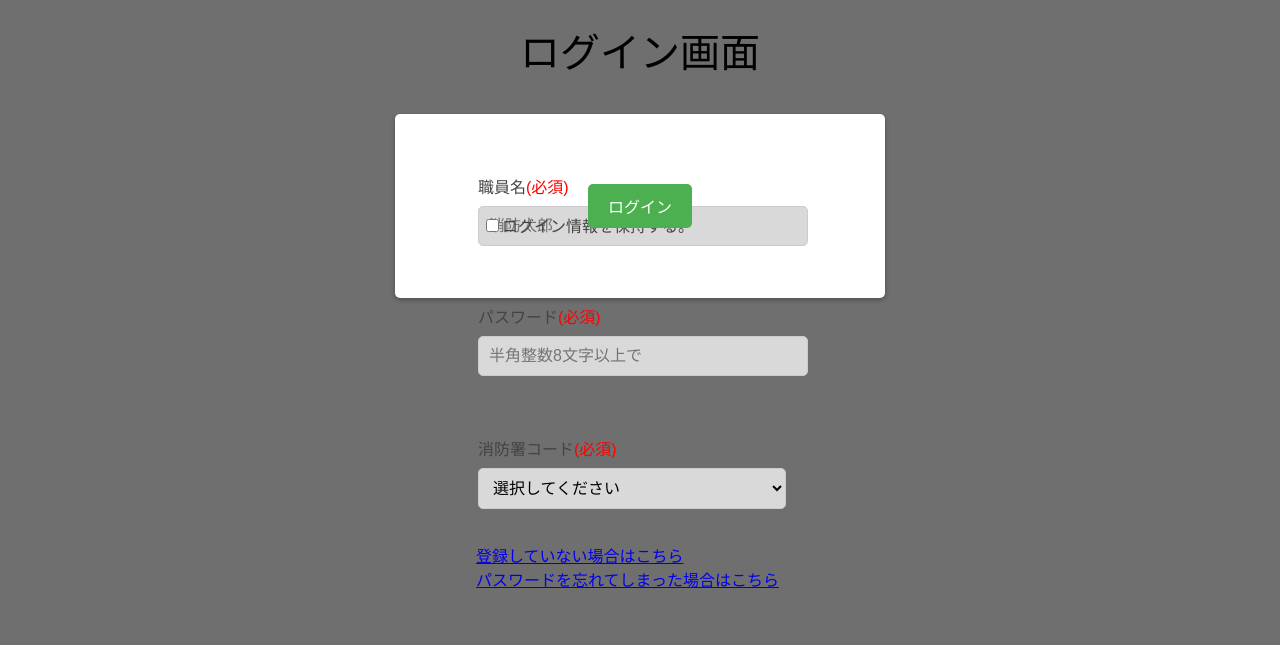
Repository: akarisuki/docker-taishobutu_app
Page: http://localhost/taishobutu_app/login/login.php
These files come from the project's save history. The page is drawn as it stood at one moment and after the next save; the edit follows.
The browser window is 1280 px wide. The pictures show the whole page.
The page is run by PHP 8.4 with error messages shown; the project is at /var/www/html/. Style sheets and scripts are compiled from the project's sources, by tool versions that may differ from the author's.

Above is the page before, as saved 2023-12-29 21:18:46.

After the next save:
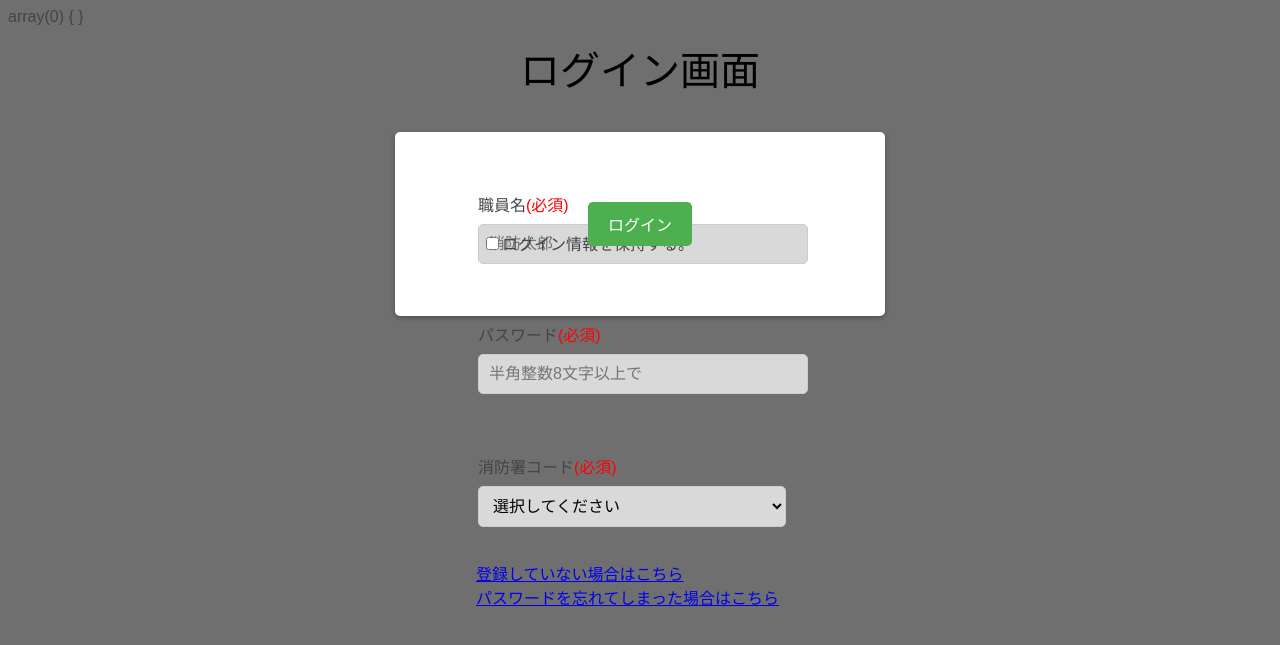
Saved 16 min 16 s later.
--- a/src/taishobutu_app/login/login.php
+++ b/src/taishobutu_app/login/login.php
@@ -17,6 +17,8 @@
         echo  "<div id='flashMessage' class='alert alert-{$flash['type']}'>{$flash['message']}</div>";
         $_SESSION['flash'] = null;
     }
+
+    var_dump($_GET);
 ?>
 <div class="title">ログイン画面</div>
     <div class="form-wrapper"> <!-- フォームを囲む要素を追加 -->
